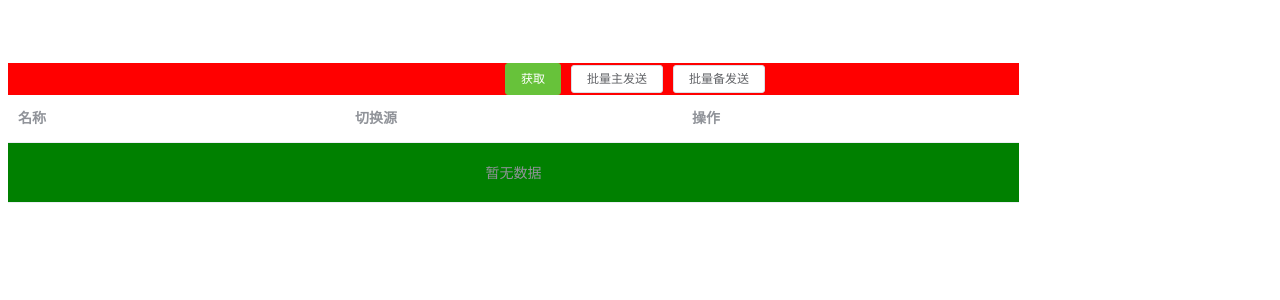
Repository: faintout/BHMQTTSendTool
Page: /
The author's editor kept a copy of each file at every save. The page is drawn from the files as they stood at one save, then again after the next save.
The browser window is 1280 px wide. The pictures show the whole page.
The project was rebuilt for these pictures with package versions that can differ from the ones it lists, and the page was loaded fresh each time. Also part of the build but not shown: vue.config.js.

Above is the page before, as saved 2020-09-03 13:49:45.

After the next save:
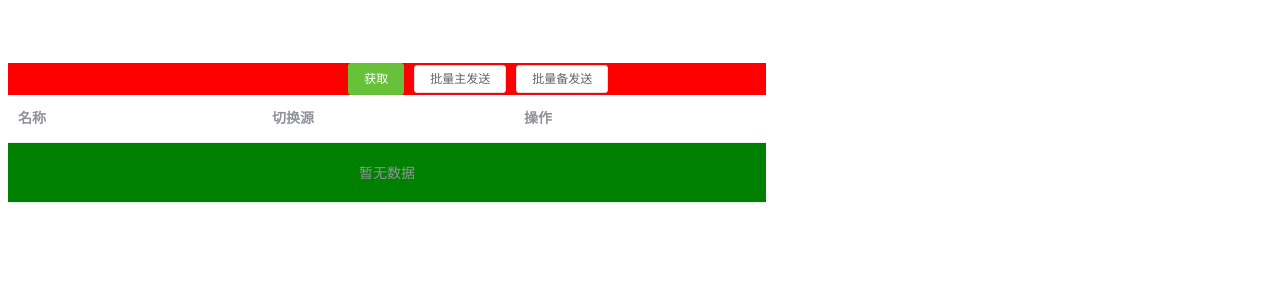
Saved 17 s later.
--- a/src/views/MqttSendTool.vue
+++ b/src/views/MqttSendTool.vue
@@ -273,7 +273,7 @@
 <style lang="less" scoped>
     .content {
         margin: 5% 0 0 0;
-        width: 80%;
+        width: 60%;
         background-color: red;
     }
 
